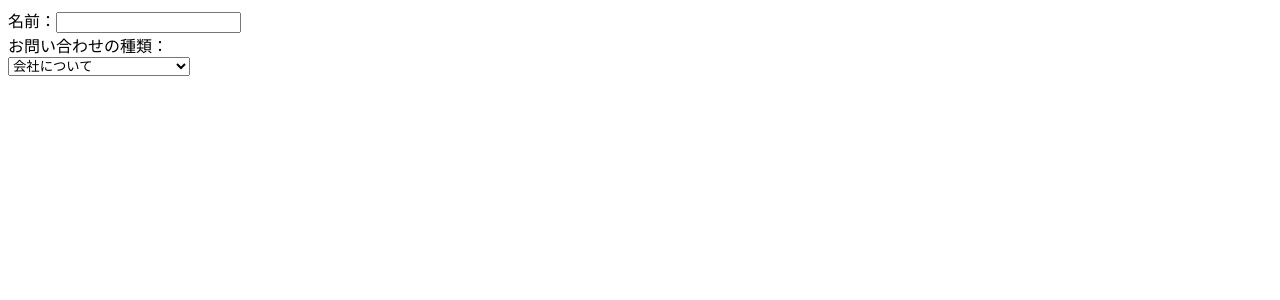
Repository: MurayamaMura/WebProj
Page: http://localhost/WebProj4/inquiry.jsp
The author's editor kept a copy of each file at every save. The page is drawn from the files as they stood at one save, then again after the next save.
The browser window is 1280 px wide. The pictures show the whole page.
The page is served by Tomcat 9. Other server files are loaded and not shown.

Above is the page before, as saved 2018-06-15 11:23:35.

### WebProj4/WebContent/inquiry.jsp
<%@ page language="java" contentType="text/html; charset=UTF-8"
    pageEncoding="UTF-8"%>
<!DOCTYPE html PUBLIC "-//W3C//DTD HTML 4.01 Transitional//EN" "http://www.w3.org/TR/html4/loose.dtd">
<html>
<head>
<meta http-equiv="Content-Type" content="text/html; charset=UTF-8">
<title>お問い合わせフォーム</title>
</head>
<body>
	<s:form method="post" action="InquiryCompleteAction">
		名前：<input type="text" name="name"/>
		<br>
		お問い合わせの種類：
		<br>
		<select name="qtype">
			<option value="company">会社について</option>
			<option value="product">製品について</option>
			<option value="support">アフターサポートについて</option>
		</select>

	</s:form>
</body>
</html>

After the next save:
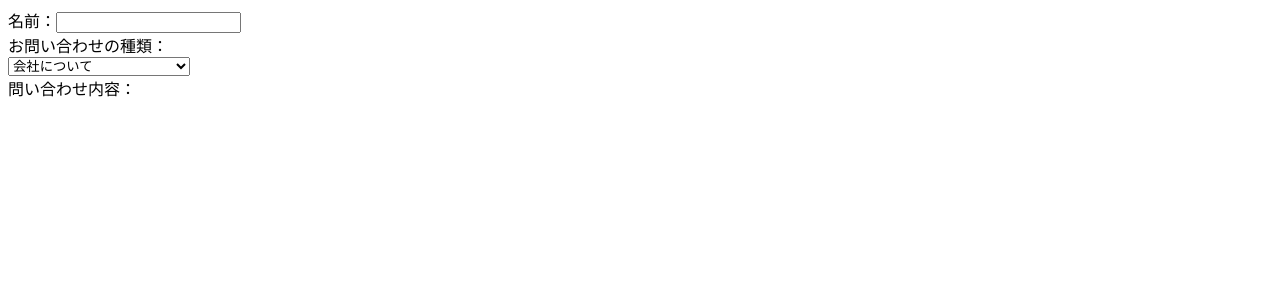
Saved 66 s later.
--- a/WebProj4/WebContent/inquiry.jsp
+++ b/WebProj4/WebContent/inquiry.jsp
@@ -17,7 +17,11 @@
 			<option value="product">製品について</option>
 			<option value="support">アフターサポートについて</option>
 		</select>
-
+		<br>
+		問い合わせ内容：
+		<s:textarea name="body"/>
+		<br>
+		<s:submit value="登録">
 	</s:form>
 </body>
 </html>
